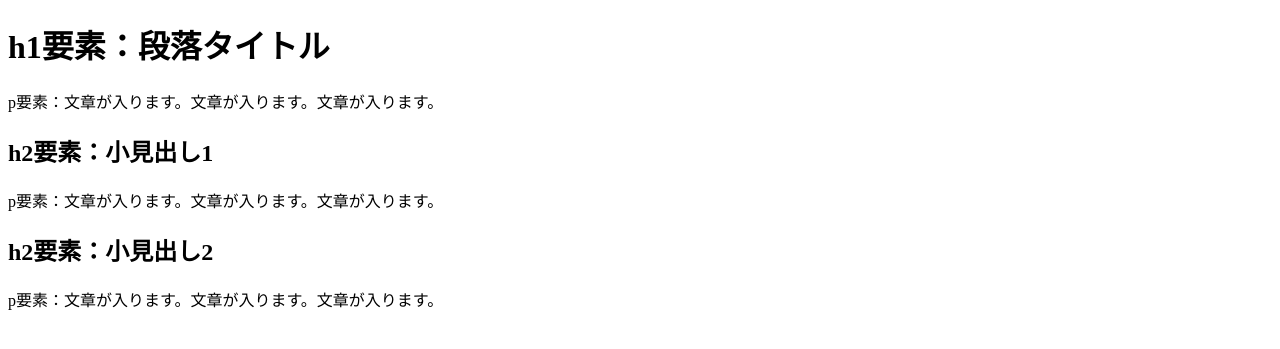
Repository: T-Ohchi/samurai_HTML-CSS
Page: index.html
The author's editor kept a record of every edit. The page is drawn from the files as they stood at one moment, then again after the next edit.
The browser window is 1280 px wide. The pictures show the whole page.

Above is the page before.

After the next edit:
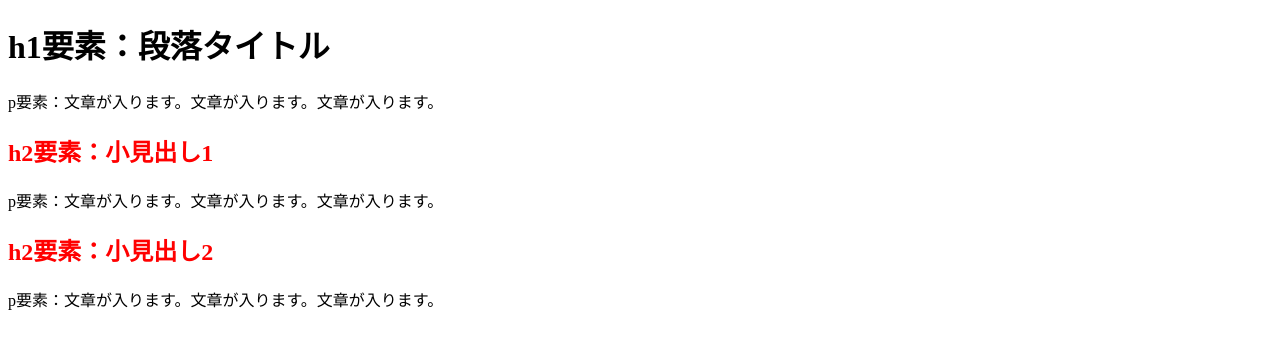
The edit:
--- a/index.html
+++ b/index.html
@@ -3,6 +3,11 @@
 <head>
   <meta charset="UTF-8">
   <title>HTML/CSSの学習</title>
+  <style>
+  h2{
+    color:red;
+  }
+  </style>
 </head>
 <body>
   <h1>h1要素：段落タイトル</h1>
